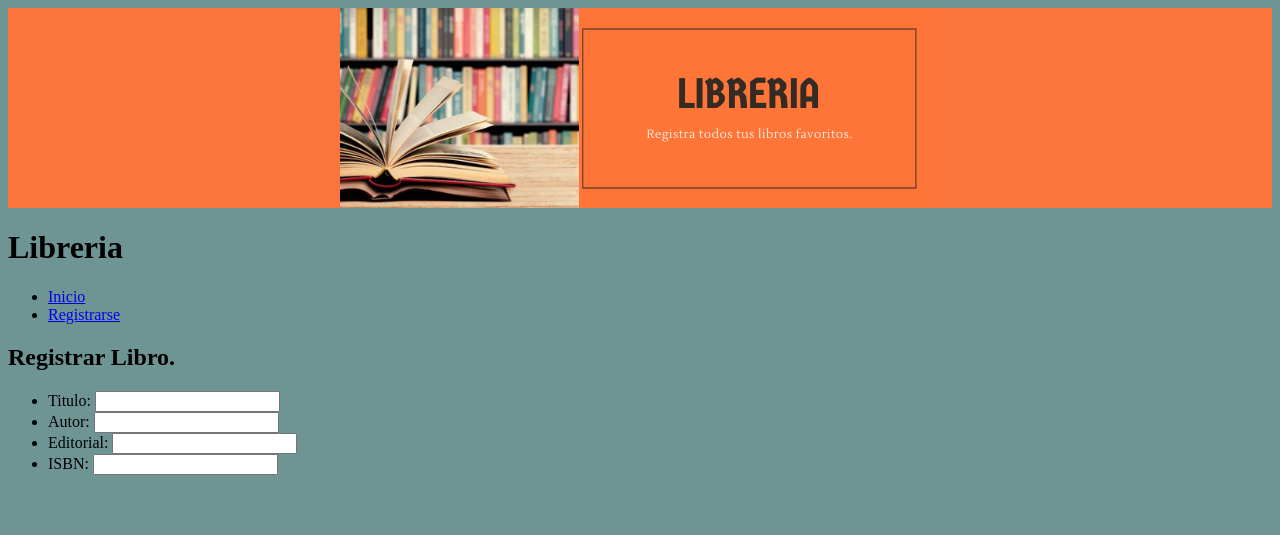
Repository: frnalonso/libreria
Page: src/main/resources/templates/registro.html
The author's editor kept a copy of each file at every save. The page is drawn from the files as they stood at one save, then again after the next save.
The browser window is 1280 px wide. The pictures show the whole page.

Above is the page before, as saved 2021-10-31 02:41:51.

After the next save:
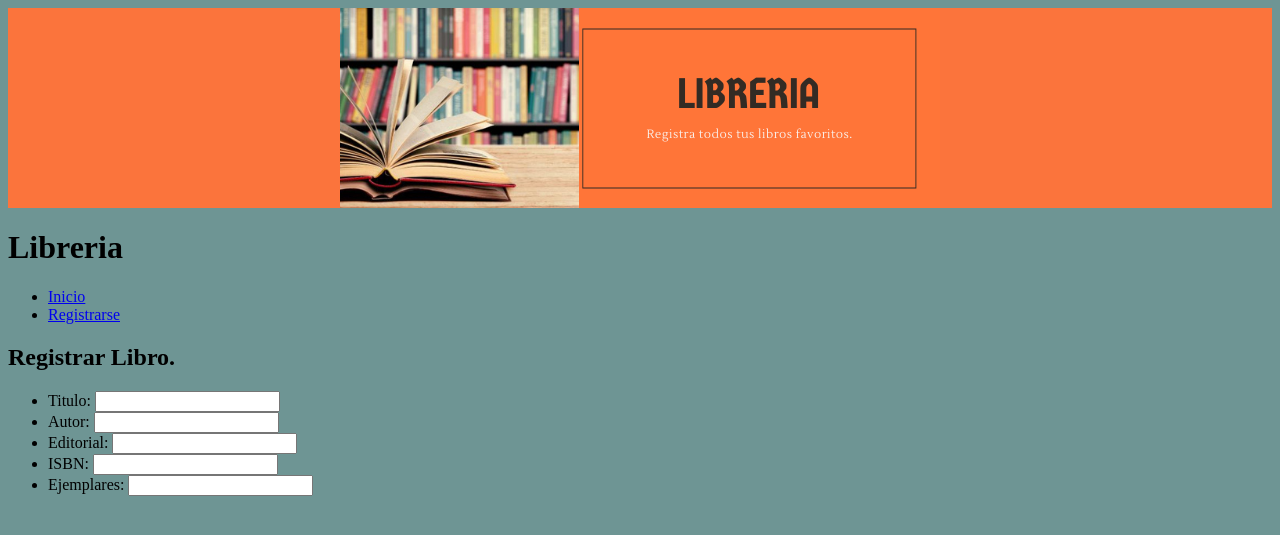
Saved 41 s later.
--- a/src/main/resources/templates/registro.html
+++ b/src/main/resources/templates/registro.html
@@ -40,6 +40,7 @@
                         <li><label for="">Autor: </label><input type="text"></li>
                         <li><label for="">Editorial: </label><input type="text"></li>
                         <li><label for="">ISBN: </label><input type="text"></li>
+                        <li><label for="">Ejemplares: </label><input type="text"></li>
 
                     </ul>
                 </form>
